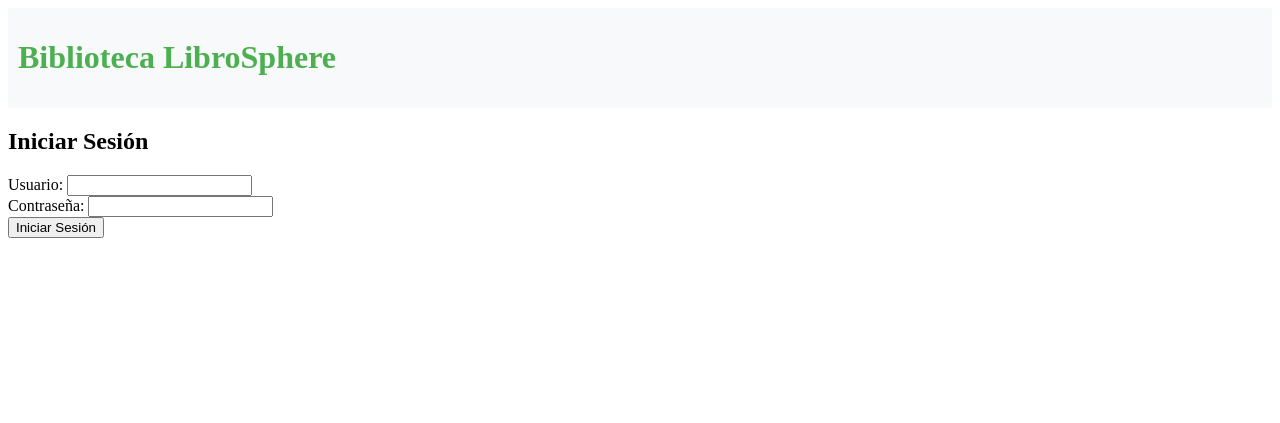
Repository: izhanlaraagarcia/BBDD-Biblioteca
Page: http://localhost/UF2/index.php
An editor plug-in stored every save of this project. The page is shown before and after the next save, followed by the edit.
The browser window is 1280 px wide. The pictures show the whole page.
The page is run by PHP 8.4 with error messages shown; the project is at /var/www/html/.

Above is the page before, as saved 2024-10-23 10:23:38.

After the next save:
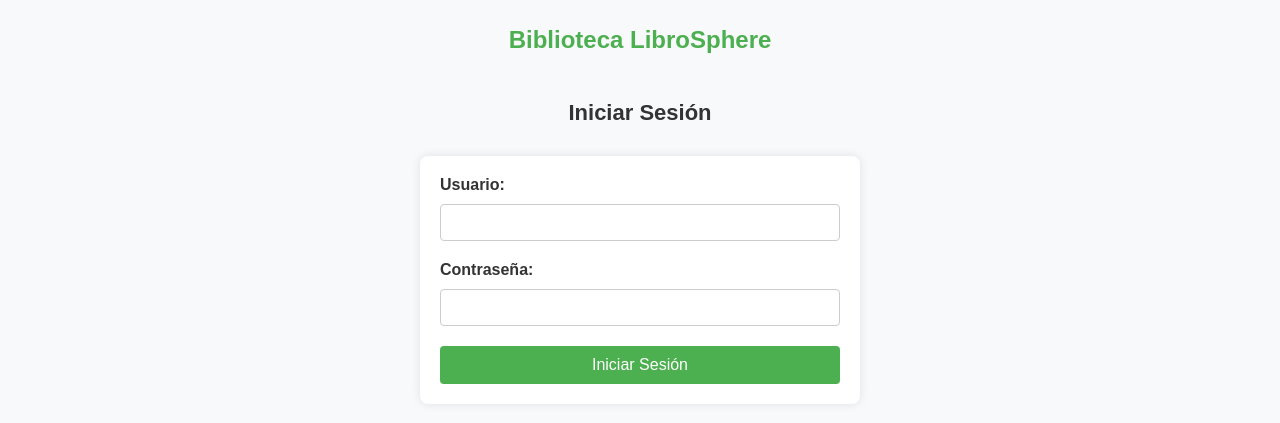
Saved 19 s later.
--- a/UF2/index.php
+++ b/UF2/index.php
@@ -17,6 +17,7 @@ if (isset($_SESSION['usuario'])) {
 <head>
     <meta charset="UTF-8">
     <meta name="viewport" content="width=device-width, initial-scale=1.0">
+    <link rel="stylesheet" href="main.css">
     <title>Biblioteca</title>
 </head>
 <body>
